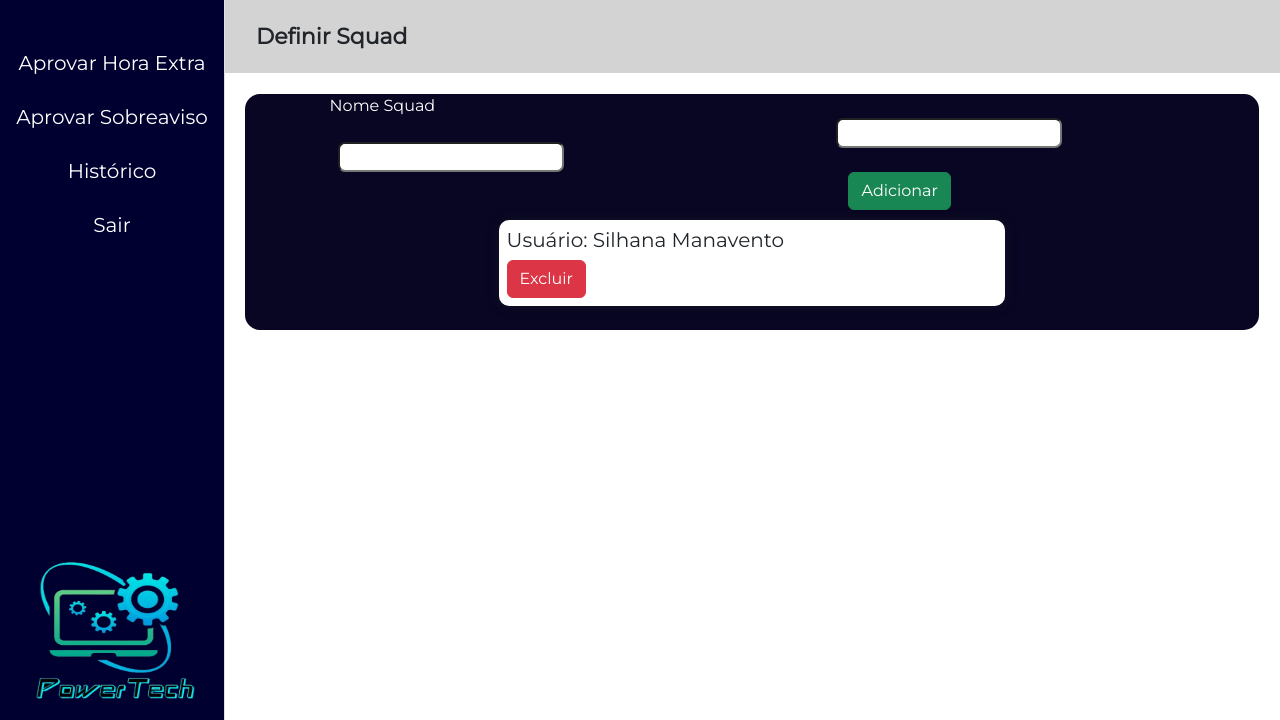
Repository: PowerTech-Fatec/API-2RP-NET
Page: /adm/squad (app in Sprint 3/2rp-web/)
These files come from the project's save history. The page is drawn as it stood at one moment and after the next save; the edit follows.
The browser window is 1280 px wide. The pictures show the whole page.
The project was rebuilt for these pictures with package versions that can differ from the ones it lists, and the page was loaded fresh each time. Also part of the build but not shown: Sprint 3/2rp-web/src/pages/login/login.js, Sprint 3/2rp-web/src/pages/home/dashboard.js, Sprint 3/2rp-web/src/pages/home/sobreaviso/sobreaviso.css, Sprint 3/2rp-web/src/pages/home/sobreaviso/sobreaviso.js, Sprint 3/2rp-web/src/pages/home/hora-extra/hora-extra.css, Sprint 3/2rp-web/src/pages/home/hora-extra/hora-extra.js, Sprint 3/2rp-web/src/components/cards/Cards.js, Sprint 3/2rp-web/src/pages/home/gestor/aprovar-hora-extra/gestor.js and 3 more.

Above is the page before, as saved 2022-11-02 16:53:06.

After the next save:
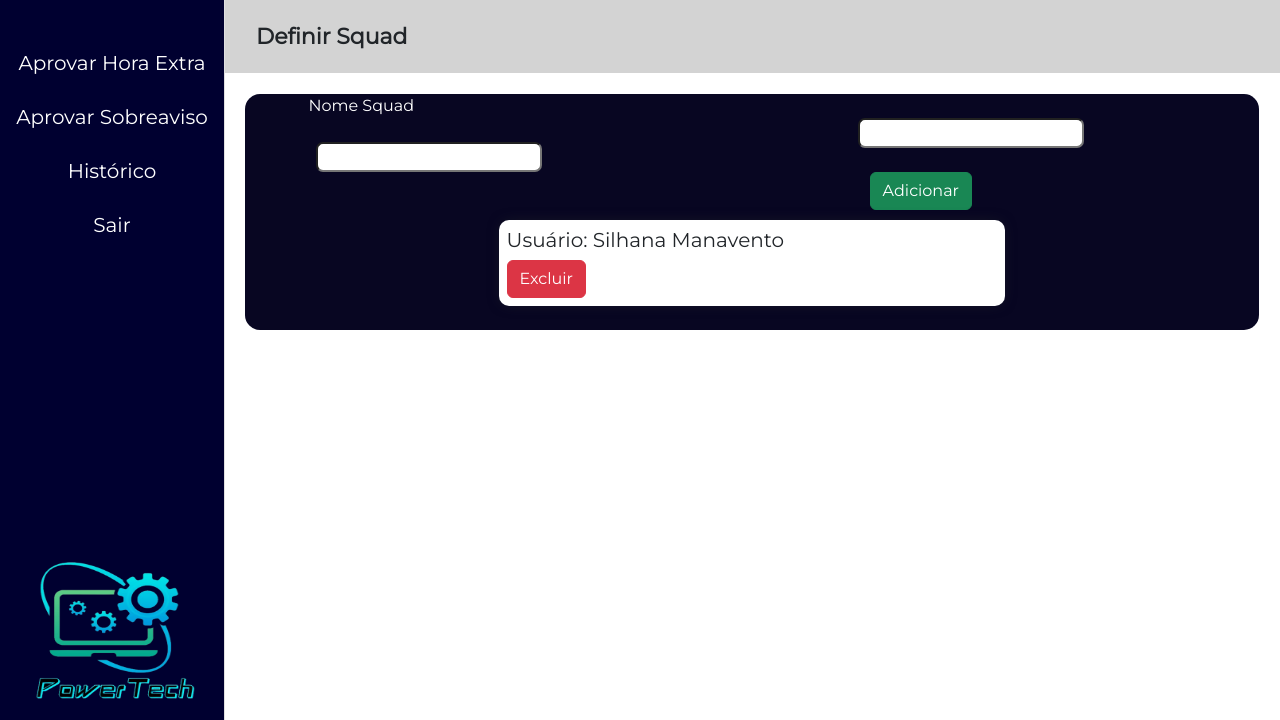
Saved 12 s later.
--- a/Sprint 3/2rp-web/src/pages/home/adm/squad/def-squad.js
+++ b/Sprint 3/2rp-web/src/pages/home/adm/squad/def-squad.js
@@ -25,7 +25,7 @@ function Squad() {
 
 
 
-            <div className="col-4">
+            <div className="col-4 offset-1">
             <span>
             <input className="squad-name mt-4 mb-4"></input><button type="button" class="btn btn-success ml-3">Adicionar</button>
             </span>
